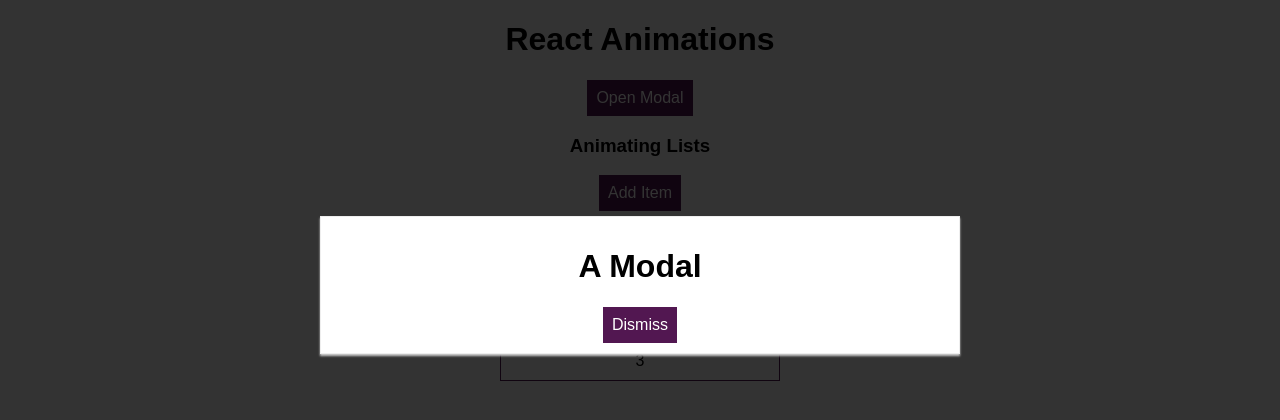
Repository: Aqsajj/react-learning
Page: / (app in animations/animations--01-start/)
The author's editor kept a copy of each file at every save. The page is drawn from the files as they stood at one save, then again after the next save.
The browser window is 1280 px wide. The pictures show the whole page.
The project was rebuilt for these pictures with package versions that can differ from the ones it lists, and the page was loaded fresh each time.

Above is the page before, as saved 2020-06-11 19:24:47.

### animations/animations--01-start/src/components/Backdrop/Backdrop.js
import React from 'react';

import './Backdrop.css';

const backdrop = (props) => {
    const cssClasses = ['Backdrop', props.show ? 'BackdropOpen' : 'BackdropClose']
    return (<div className="Backdrop"></div>)
}


export default backdrop;

### animations/animations--01-start/src/components/List/List.js
import React, { Component } from 'react';

import './List.css';

class List extends Component {
    state = {
        items: [1, 2, 3]
    }

    addItemHandler = () => {
        this.setState((prevState) => {
            return {
                items: prevState.items.concat(prevState.items.length + 1)
            };
        });
    }

    removeItemHandler = (selIndex) => {
        this.setState((prevState) => {
            return {
                items: prevState.items.filter((item, index) => index !== selIndex)
            };
        });
    }

    render () {
        const listItems = this.state.items.map( (item, index) => (
            <li
                key={index}
                className="ListItem"
                onClick={() => this.removeItemHandler(index)}>{item}</li>
        ) );

        return (
            <div>
                <button className="Button" onClick={this.addItemHandler}>Add Item</button>
                <p>Click Item to Remove.</p>
                <ul className="List">
                    {listItems}
                </ul>
            </div>
        );
    }
}

export default List;

### animations/animations--01-start/src/components/Modal/Modal.css
.Modal {
  position: fixed;
  z-index: 200;
  border: 1px solid #eee;
  box-shadow: 0 2px 2px #ccc;
  background-color: white;
  padding: 10px;
  text-align: center;
  box-sizing: border-box;
  top: 30%;
  left: 25%;
  width: 50%;
}

.ModalOpen {
  display: block;
}

.ModalClose {
  display: none;
}

### animations/animations--01-start/src/components/Backdrop/Backdrop.css
.Backdrop {
  position: fixed;
  z-index: 100;
  top: 0;
  left: 0;
  width: 100%;
  height: 100%;
  background-color: rgba(0, 0, 0, 0.8);
}

.BackdropOpen {
  display: block;
}

.BackdropClose {
  display: none;
}

Loaded but not shown: animations/animations--01-start/public/index.html (common file); animations/animations--01-start/src/index.js (common file); animations/animations--01-start/src/index.css (common file); animations/animations--01-start/src/App.js (common file); animations/animations--01-start/src/registerServiceWorker.js (common file); animations/animations--01-start/src/App.css (common file); animations/animations--01-start/src/components/Modal/Modal.js (common file); animations/animations--01-start/src/components/List/List.css (common file)

After the next save:
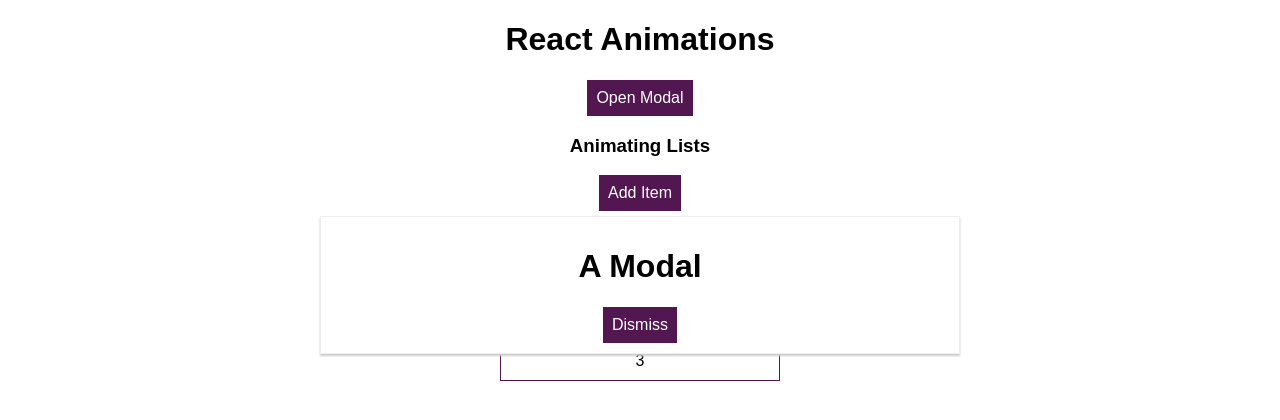
Saved 29 s later.
--- a/animations/animations--01-start/src/components/Backdrop/Backdrop.js
+++ b/animations/animations--01-start/src/components/Backdrop/Backdrop.js
@@ -4,7 +4,7 @@ import './Backdrop.css';
 
 const backdrop = (props) => {
     const cssClasses = ['Backdrop', props.show ? 'BackdropOpen' : 'BackdropClose']
-    return (<div className="Backdrop"></div>)
+    return (<div className={cssClasses.join(' ')}></div>)
 }
 
 
